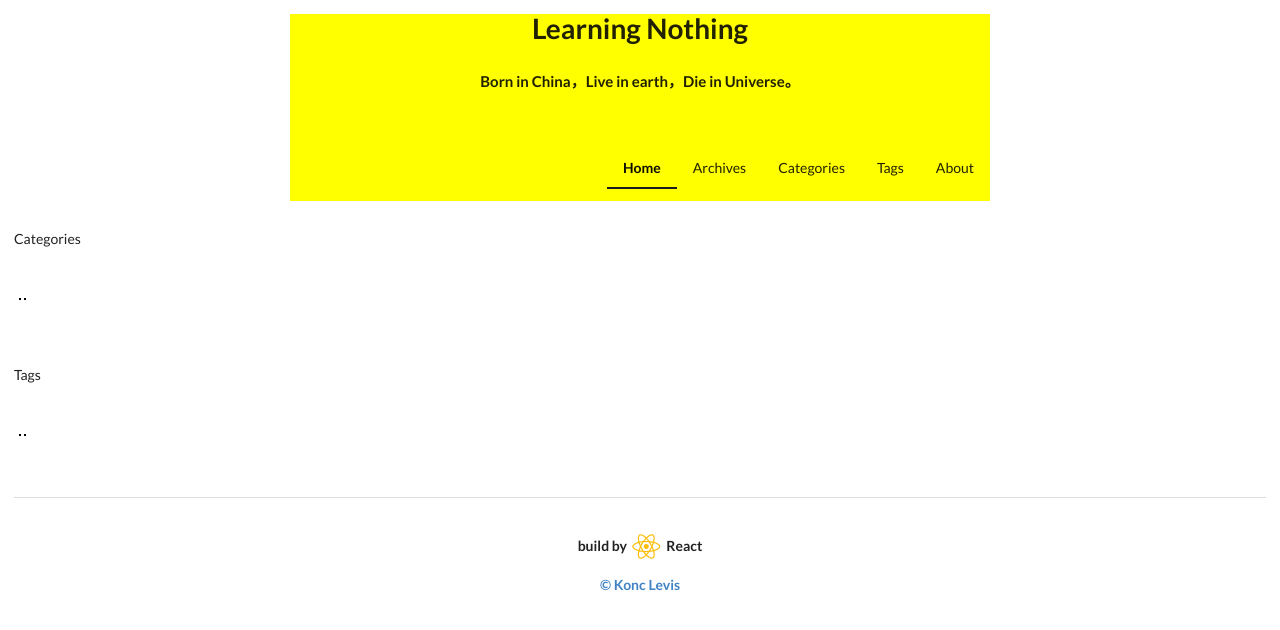
Repository: chu4j/my-spring-cloud-blog-frontend
Page: /
An editor plug-in stored every save of this project. The page is shown before and after the next save, followed by the edit.
The browser window is 1280 px wide. The pictures show the whole page.
The page's requests for data from a server got no answer. The project was rebuilt for these pictures with package versions that can differ from the ones it lists, and the page was loaded fresh each time. No one was signed in, and anything a server would have sent is missing. Also part of the build but not shown: src/components/Categories.jsx, src/components/FocusContent.jsx, src/css/App.css, src/components/owner/LoginForm.jsx, src/components/Tags.jsx, src/components/Timeline.jsx, src/components/TimelineHome.jsx.

Above is the page before, as saved 2021-02-24 11:40:30.

### src/index.js
import React from 'react';
import ReactDOM from 'react-dom';
import { BrowserRouter } from 'react-router-dom';
import 'semantic-ui-css/semantic.min.css';
import './css/index.css';
import BlogRouter from './router/Router';
import  'github-markdown-css';
ReactDOM.render(<
    BrowserRouter forceRefresh={true} >
    <BlogRouter />
</BrowserRouter>,
    document.getElementById('root')
);

### src/css/index.css
body {
  margin: 1em;
  -webkit-font-smoothing: antialiased;
  -moz-osx-font-smoothing: grayscale;
}

code {
  font-family: source-code-pro, Menlo, Monaco, Consolas, "Courier New",
    monospace;
}

.post-container {
  padding: 2px;
  border-radius: 0.5em;
}

.post-title {
  color: #010101;
}

.post-title:hover {
  color: #010101;
  text-decoration: underline;
}

/*animate*/

.posts-appear {
  opacity: 0;
}

.posts-enter {
  opacity: 1;
  transform: scale(0.95);
}

.posts-enter-active {
  opacity: 1;
  transform: translateX(0);
  transition: opacity 300ms, transform 200ms;
}

.posts-exit {
  opacity: 1;
  transform: scale(0.9);
}

.posts-exit-active {
  opacity: 0;
  transform: translateX(0);
  transition: opacity 300ms, transform 200ms;
}

.post-container pre code {

}
.common-label {
  display: inline-block;
  margin: 5px;
  padding: 2px;
  color: #010101;
  border-bottom: 2px dotted #010101;
  border-radius: 0;
}

### src/router/Router.jsx
import { Route, Switch } from "react-router-dom";
import Categories from "../components/Categories";
import FocusPostComponent from "../components/FocusContent";
import Home from "../components/Home";
import LoginForm from "../components/owner/LoginForm";
import Tags from "../components/Tags";
import MyTimeline from "../components/Timeline";
import TimelineHome from "../components/TimelineHome";
export default function BlogRouter() {
  return (
    <Switch>
      <Route path="/" exact>
        <Home />
      </Route>
      <Route path="/owner/login" exact>
        <LoginForm />
      </Route>
      <Route path="/category/:name" exact>
        <Home />
      </Route>
      <Route path="/tag/:name" exact>
        <Home />
      </Route>
      <Route path="/posts/page/:pageNumber">
        <Home />
      </Route>
      <Route path="/category/:name/page/:pageNumber">
        <Home />
      </Route>
      <Route path="/tag/:name/page/:pageNumber">
        <Home />
      </Route>
      <Route path="/post/:postId" exact>
        <FocusPostComponent />
      </Route>
      <Route path="/categories" exact>
        <Categories />
      </Route>
      <Route path="/tags" exact>
        <Tags />
      </Route>
      <Route path="/posts/timeline" exact>
        <TimelineHome />
      </Route>
      <Route path="/posts/timeline/page/:pageNumber" exact>
        <TimelineHome />
      </Route>
    </Switch>
  );
}

### src/components/Home.jsx
import { React, useEffect, useState } from "react";
import { useParams, useRouteMatch } from "react-router-dom";
import "../css/App.css";
import { ServerHost } from "./AppConfig";
import BlogLayout from "./BlogLayout";
import CategoryComponent from "./CategoryComponent";
import ContentComponent from "./Content";
import TagComponent from "./TagComponent";
async function getArchive(path) {
  const axios = require("axios").default;
  if (null == path) {
    return axios.get(ServerHost + "/v1/api/archive").then((res) => res.data);
  } else {
    return axios.get(path).then((res) => res.data);
  }
}
function countPath(router, name, pageNumber) {
  let requestUrl = "";
  let pagePrefix = "";
  const path = router.path;
  switch (path) {
    case "/":
      requestUrl = ServerHost + "/v1/api/archive";
      pagePrefix = "/posts/page/";
      break;
    case "/category/:name":
      requestUrl = ServerHost + "/v1/api/category/" + name;
      pagePrefix = "/category/" + name + "/page/";
      break;
    case "/category/:name/page/:pageNumber":
      requestUrl =
        ServerHost + "/v1/api/category/" + name + "?page=" + pageNumber;
      pagePrefix = "/category/" + name + "/page/";
      break;
    case "/tag/:name":
      requestUrl = ServerHost + "/v1/api/tag/" + name;
      pagePrefix = "/tag/" + name + "/page/";
      break;
    case "/tag/:name/page/:pageNumber":
      requestUrl = ServerHost + "/v1/api/tag/" + name + "?page=" + pageNumber;
      pagePrefix = "/tag/" + name + "/page/";
      break;
    case "/posts/page/:pageNumber":
      requestUrl = ServerHost + "/v1/api/archive?page=" + pageNumber;
      pagePrefix = "/posts/page/";
      break;
    default:
      break;
  }
  return { requestUrl, pagePrefix };
}
export default function Home() {
  let { name, pageNumber } = useParams();
  const router = useRouteMatch();
  console.log("router:" + JSON.stringify(router) + " type:" + typeof router);
  const params = countPath(router, name, pageNumber);
  console.log("returnPath:" + params.requestUrl);
  let activePage = 1;
  if (null != pageNumber && undefined != pageNumber) activePage = pageNumber;
  const [response, setData] = useState({});
  useEffect(() => {
    getArchive(params.requestUrl).then((res) => {
      setData(res);
    });
  }, []);
  return (
    <BlogLayout
      CategoryComponent={<CategoryComponent />}
      TagComponent={<TagComponent />}
      ContentComponent={
        <ContentComponent
          response={response}
          activePage={activePage}
          pagePrefix={params.pagePrefix}
        />
      }
      style={{ margin: 0, padding: 0 }}
    />
  );
}

### src/components/BlogLayout.jsx
import { Grid } from "semantic-ui-react";
import "../css/index.css";
import Header from "./BlogHeader";
import DivRow from "./Common";
import Footer from "./Footer";
export default function BlogLayout(props) {
  return (
    <div className="customBackground">
      <Grid stackable>
        <Grid.Row columns={1}>
          <Header />
        </Grid.Row>
        <Grid.Row>
          {props.CategoryComponent && props.TagComponent && (
            <Grid.Column width={3}>
              {props.CategoryComponent}
              <DivRow />
              <DivRow />
              <DivRow />
              {props.TagComponent}
            </Grid.Column>
          )}
          {props.CategoryComponent &&
          props.TagComponent &&
          props.ContentComponent ? (
            <Grid.Column width={12}>{props.ContentComponent}</Grid.Column>
          ) : (
            <Grid.Column width={16}>{props.ContentComponent}</Grid.Column>
          )}
        </Grid.Row>
        <Grid.Row columns={1}>
          <Grid.Column>
            <Footer />
          </Grid.Column>
        </Grid.Row>
      </Grid>
    </div>
  );
}

### src/components/CategoryComponent.jsx
import React, { Component } from "react";
import { ServerHost } from "./AppConfig";
import DivRow from "./Common";
class CategoryComponent extends Component {
  state = {
    data: [{}],
  };
  componentDidMount() {
    const axois = require("axios").default;
    axois
      .get(ServerHost + "/v1/api/category/statistics/count")
      .then((res) => {
        const data = res.data;
        this.setState({ data: data });
      })
      .catch((error) => {
        console.log(error);
      });
    console.log("category card render");
  }
  render() {
    return (
      <>
        <span>Categories</span>
        <DivRow />
        <div>
          {this.state.data.map((e, index) => (
            <a key={index} href={"/category/" + e.value} className="common-label">
              {e.value}
              &nbsp;
              {e.count}
            </a>
          ))}
        </div>
      </>
    );
  }
}
export default CategoryComponent;

### src/components/AppConfig.jsx
export const ServerHost = "http://localhost:9000";

### src/components/Content.jsx
import { React, useEffect, useState } from "react";
import { useHistory, withRouter } from "react-router-dom";
import { CSSTransition } from "react-transition-group";
import { Container, Grid, Header, Icon, Pagination } from "semantic-ui-react";
import DivRow from "./Common";

function ContentComponent(props) {
  const hljs = require("highlight.js");
  const [showComponent, setShowComponent] = useState(false);
  console.log("state : " + showComponent);
  useEffect(() => {
    let time = setTimeout(() => setShowComponent(true), 100);
    hljs.highlightAll();
    return () => {
      clearTimeout(time);
    };
  }, []);
  const history = useHistory();
  const handlePaginationClick = (e, { activePage }) => {
    const url = props.pagePrefix + activePage;
    history.push(url);
  };
  return (
    <>
      <CSSTransition
        in={showComponent}
        classNames="posts"
        timeout={200}
        unmountOnExit
      >
        <Container fluid>
          {props.response.list &&
            props.response.list.map((a, index) => (
              <div
                className="post-container"
                style={index > 0 ? { marginTop: "20px" } : {}}
              >
                <Header as="h1" textAlign="center">
                  <a href={"/post/" + a.serialNumber} className="post-title">
                    {a.title}
                  </a>
                </Header>
                {
                  <div
                    className="markdown-body"
                    dangerouslySetInnerHTML={{ __html: a.content }}
                  ></div>
                }

                <DivRow />
                {a.category && a.tag && (
                  <>
                    <Container fluid>
                      <Grid>
                        <Grid.Row>
                          <Grid.Column width={5}>
                            {a.category.map((c, index) => (
                              <>
                                {" "}
                                <div key={index}>
                                  <span>
                                    <Icon name="linkify" color="blue" />
                                    <a
                                      href={"/category/" + c.category}
                                      style={{ fontWeight: "900" }}
                                    >
                                      {c.category}
                                    </a>
                                  </span>
                                </div>
                              </>
                            ))}
                          </Grid.Column>

                          <Grid.Column width={11}>
                            {a.tag.map((t, index) => (
                              <>
                                {" "}
                                <span key={index}>
                                  <Icon name="hashtag" color="yellow" />
                                  <a
                                    href={"/tag/" + t.tag}
                                    style={{ fontWeight: "900" }}
                                  >
                                    {t.tag}
                                  </a>
                                </span>
                              </>
                            ))}
                          </Grid.Column>
                        </Grid.Row>
                      </Grid>
                    </Container>
                  </>
                )}
                <DivRow />
                <DivRow />
              </div>
            ))}
          {props.response.totalPage > 1 && props.activePage && (
            <Container fluid textAlign="center" style={{ marginTop: "2em" }}>
              <Pagination
                totalPages={props.response.totalPage}
                firstItem={null}
                lastItem={null}
                pointing
                secondary
                activePage={props.activePage}
                onPageChange={handlePaginationClick}
              />
            </Container>
          )}
          {props.focus && props.response.list && (
            <div style={{ marginTop: "1em" }}>
              <Grid stackable>
                <Grid.Row>
                  <Grid.Column width={8}>
                    {props.response.list.map((e, index) => (
                      <>
                        {e.previous && (
                          <a
                            key={index}
                            href={"/post/" + e.previous.serialNumber}
                            style={{ fontWeight: "900" }}
                          >
                            <Icon name="angle left" size="big"></Icon>
                            &nbsp;&nbsp;{e.previous.title}
                          </a>
                        )}
                      </>
                    ))}
                  </Grid.Column>
                  <Grid.Column width={8} textAlign="right">
                    {props.response.list.map((e, index) => (
                      <>
                        {e.next && (
                          <a
                            key={index}
                            href={"/post/" + e.next.serialNumber}
                            style={{ fontWeight: "900" }}
                          >
                            {e.next.title}&nbsp;&nbsp;
                            <Icon name="angle right" size="big"></Icon>
                          </a>
                        )}
                      </>
                    ))}
                  </Grid.Column>
                </Grid.Row>
              </Grid>
            </div>
          )}
        </Container>
      </CSSTransition>
    </>
  );
}
export default withRouter(ContentComponent);

### src/components/TagComponent.jsx
import React, { Component } from "react";
import { ServerHost } from "./AppConfig";
import DivRow from "./Common";
class TagComponent extends Component {
  state = {
    data: [{}],
  };
  componentDidMount() {
    const axois = require("axios").default;
    axois
      .get(ServerHost + "/v1/api/tag/statistics/count")
      .then((res) => {
        const data = res.data;
        this.setState({ data: data });
      })
      .catch((error) => {
        console.error(error);
      });
  }
  render() {
    return (
      <>
        <span>Tags</span>
        <DivRow />
        <div>
          {this.state.data.map((e, index) => (
            <a key={index} href={"/tag/" + e.value} className="common-label">
              {e.value}
              &nbsp;
              {e.count}
            </a>
          ))}
        </div>
      </>
    );
  }
}
export default TagComponent;

### src/components/Common.jsx
export default function DivRow() {
  return <div>&nbsp;</div>;
}

### src/components/BlogHeader.jsx
import React, { Component } from "react";
import { Container, Header, Menu, Visibility } from "semantic-ui-react";
const menuStyle = {
  border: "none",
  borderRadius: 0,
  boxShadow: "none",
  marginBottom: "1em",
  marginTop: "4em",
  transition: "box-shadow 0.5s ease, padding 0.5s ease",
};

const fixedMenuStyle = {
  backgroundColor: "#fff",
  border: "1px solid #ddd",
  boxShadow: "0px 3px 5px rgba(0, 0, 0, 0.2)",
};

const overlayStyle = {
  float: "left",
  margin: "0em 3em 1em 0em",
};

const fixedOverlayStyle = {
  ...overlayStyle,
  position: "fixed",
  top: "80px",
  zIndex: 10,
};

const overlayMenuStyle = {
  position: "relative",
  left: 0,
  transition: "left 0.5s ease",
};

const fixedOverlayMenuStyle = {
  ...overlayMenuStyle,
  left: "800px",
};

class BlogHeader extends Component {
  state = {
    activeItem: "home",
    menuFixed: false,
    overlayFixed: false,
  };
  stickOverlay = () => this.setState({ overlayFixed: true });

  stickTopMenu = () => this.setState({ menuFixed: true });

  unStickOverlay = () => this.setState({ overlayFixed: false });

  unStickTopMenu = () => this.setState({ menuFixed: false });

  handleItemClick = (e, { name }) => this.setState({ activeItem: name });
  render() {
    const { activeItem, menuFixed, overlayFixed, overlayRect } = this.state;
    return (
      <Container text style={{backgroundColor:'yellow'}}>
        <Header as="h1" content="Learning Nothing" textAlign="center" />
        <Header
          as="h4"
          content="Born in China，Live in earth，Die in Universe。"
          textAlign="center"
        />
        <Visibility
          onBottomPassed={this.stickTopMenu}
          onBottomVisible={this.unStickTopMenu}
          once={false}
        />
        <Menu
          borderless
          fixed={menuFixed ? "top" : undefined}
          style={menuFixed ? fixedMenuStyle : menuStyle}
          pointing
          secondary
          className="blog-header"
        >
          <Menu.Item
            as="a"
            name="home"
            active={activeItem === "home"}
            onClick={this.handleItemClick}
            position="right"
            link
            href="/"
          ></Menu.Item>
          <Menu.Item
            as="a"
            name="archives"
            active={activeItem === "archives"}
            onClick={this.handleItemClick}
            link
            href="/posts/timeline"
          />
          <Menu.Item
            as="a"
            name="categories"
            active={activeItem === "categories"}
            onClick={this.handleItemClick}
            link
            href="/categories"
          />
          <Menu.Item
            name="tags"
            active={activeItem === "tags"}
            onClick={this.handleItemClick}
            as="a"
            href="/tags"
          />
          <Menu.Item
            name="about"
            active={activeItem === "about"}
            onClick={this.handleItemClick}
          />
        </Menu>
        <Visibility
          offset={80}
          once={false}
          onTopPassed={this.stickOverlay}
          onTopVisible={this.unStickOverlay}
          style={overlayFixed ? { ...overlayStyle, ...overlayRect } : {}}
        />
      </Container>
    );
  }
}

export default BlogHeader;

### src/components/Footer.jsx
import { Component, React } from "react";
import { Divider, Icon } from "semantic-ui-react";
import DivRow from "./Common";

class Footer extends Component {
  render() {
    return (
      <div style={{ marginTop: "2em", textAlign: "center" }}>
        <Divider />
        <DivRow />
        <p style={{ fontWeight: "900" }}>
          build by <Icon name="react" color="yellow" size="big" />
          <b>React</b>
        </p>

        <a href="https://www.github.com/konchoo">
          <b>&copy;&nbsp;Konc Levis</b>
        </a>
      </div>
    );
  }
}
export default Footer;

Loaded but not shown: public/index.html (common file)

After the next save:
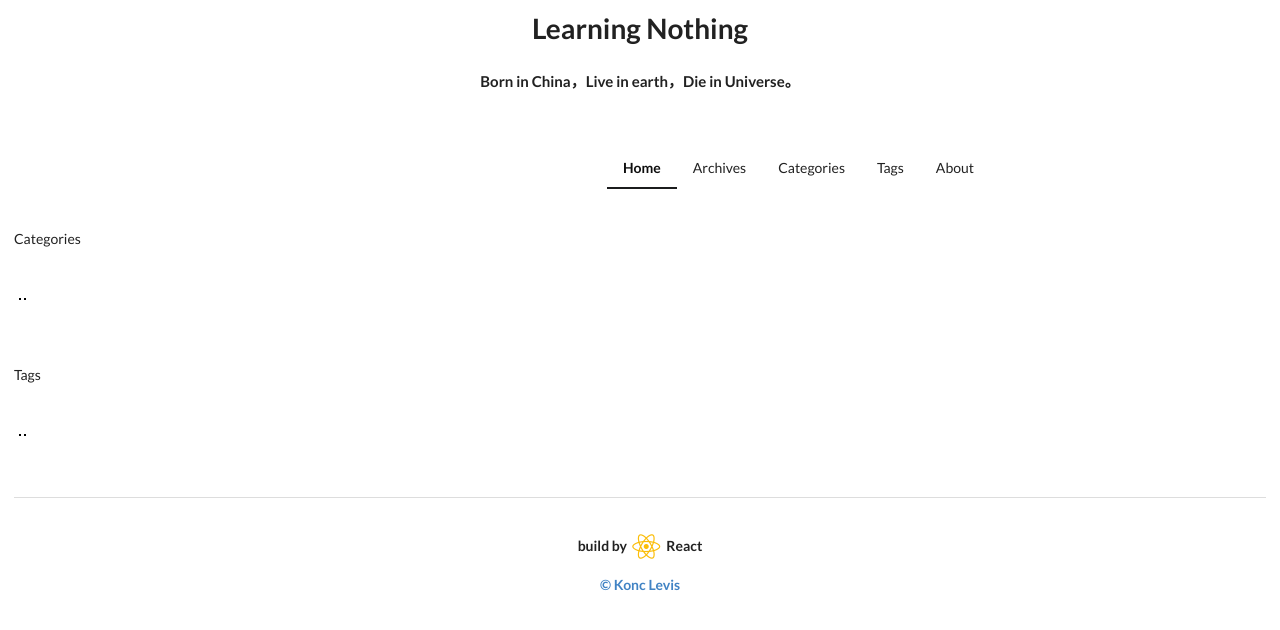
Saved 50 s later.
--- a/src/components/BlogHeader.jsx
+++ b/src/components/BlogHeader.jsx
@@ -56,7 +56,7 @@
   render() {
     const { activeItem, menuFixed, overlayFixed, overlayRect } = this.state;
     return (
-      <Container text style={{backgroundColor:'yellow'}}>
+      <Container text style={{backgroundColor:'yellow.300'}}>
         <Header as="h1" content="Learning Nothing" textAlign="center" />
         <Header
           as="h4"

After the save that followed:
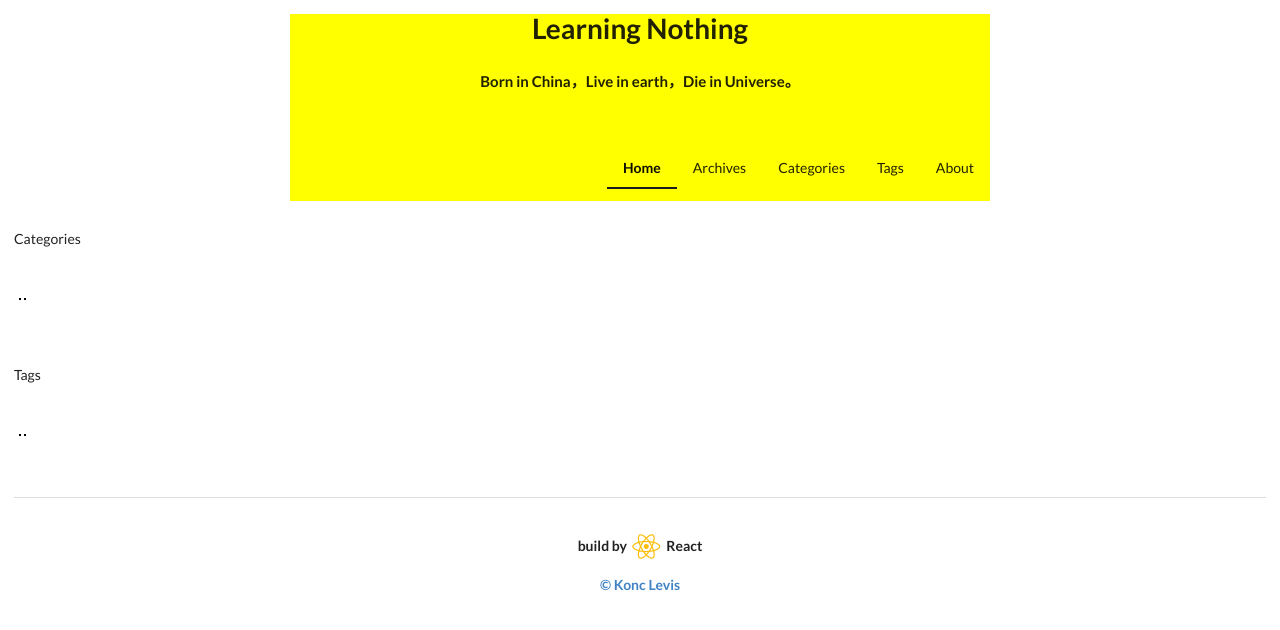
Saved 18 s later.
--- a/src/components/BlogHeader.jsx
+++ b/src/components/BlogHeader.jsx
@@ -56,7 +56,7 @@
   render() {
     const { activeItem, menuFixed, overlayFixed, overlayRect } = this.state;
     return (
-      <Container text style={{backgroundColor:'yellow.300'}}>
+      <Container text style={{backgroundColor:'yellow'}}>
         <Header as="h1" content="Learning Nothing" textAlign="center" />
         <Header
           as="h4"
